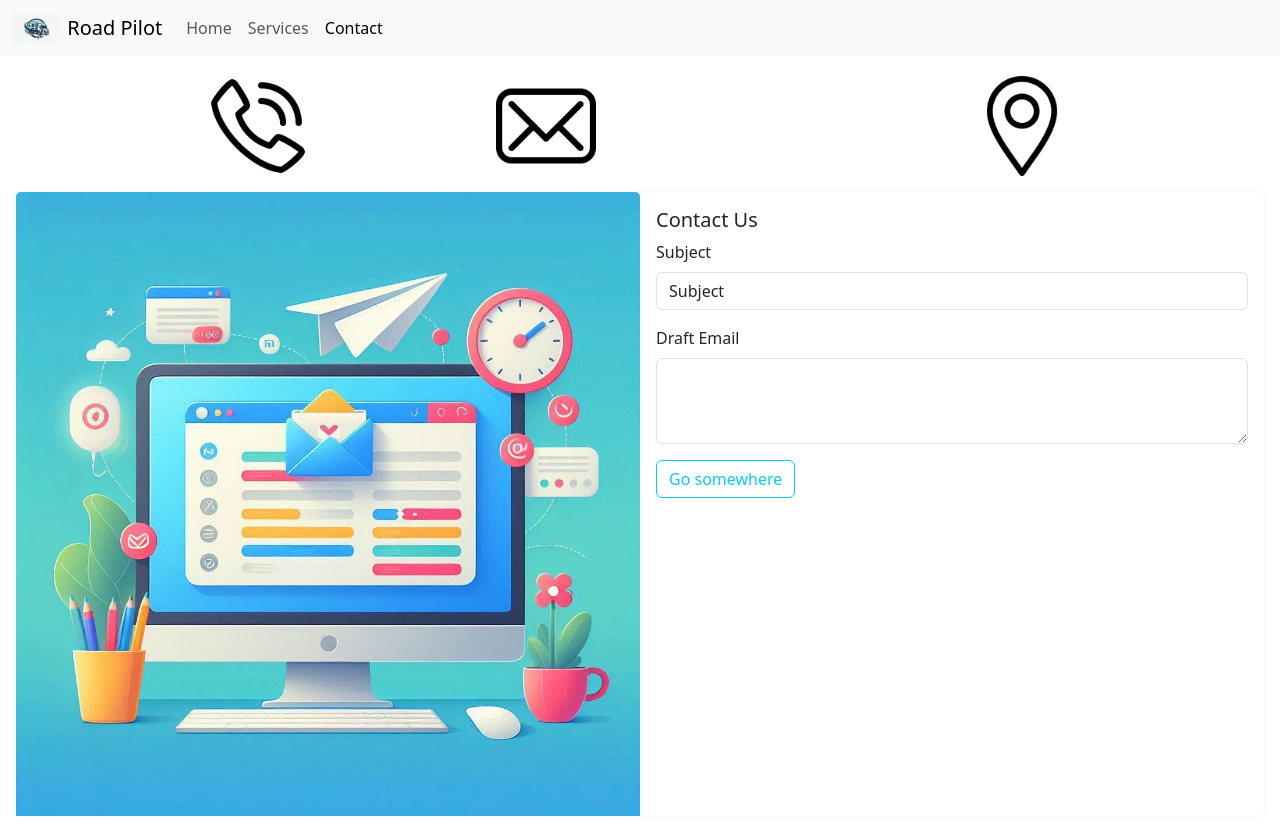
Repository: VictoriousMango/WebCreator
Page: pages/contact.html
The author's editor kept a copy of each file at every save. The page is drawn from the files as they stood at one save, then again after a run of saves.
The browser window is 1280 px wide. The pictures show the whole page.

Above is the page before, as saved 2024-11-09 13:15:57.

After the next 3 saves:
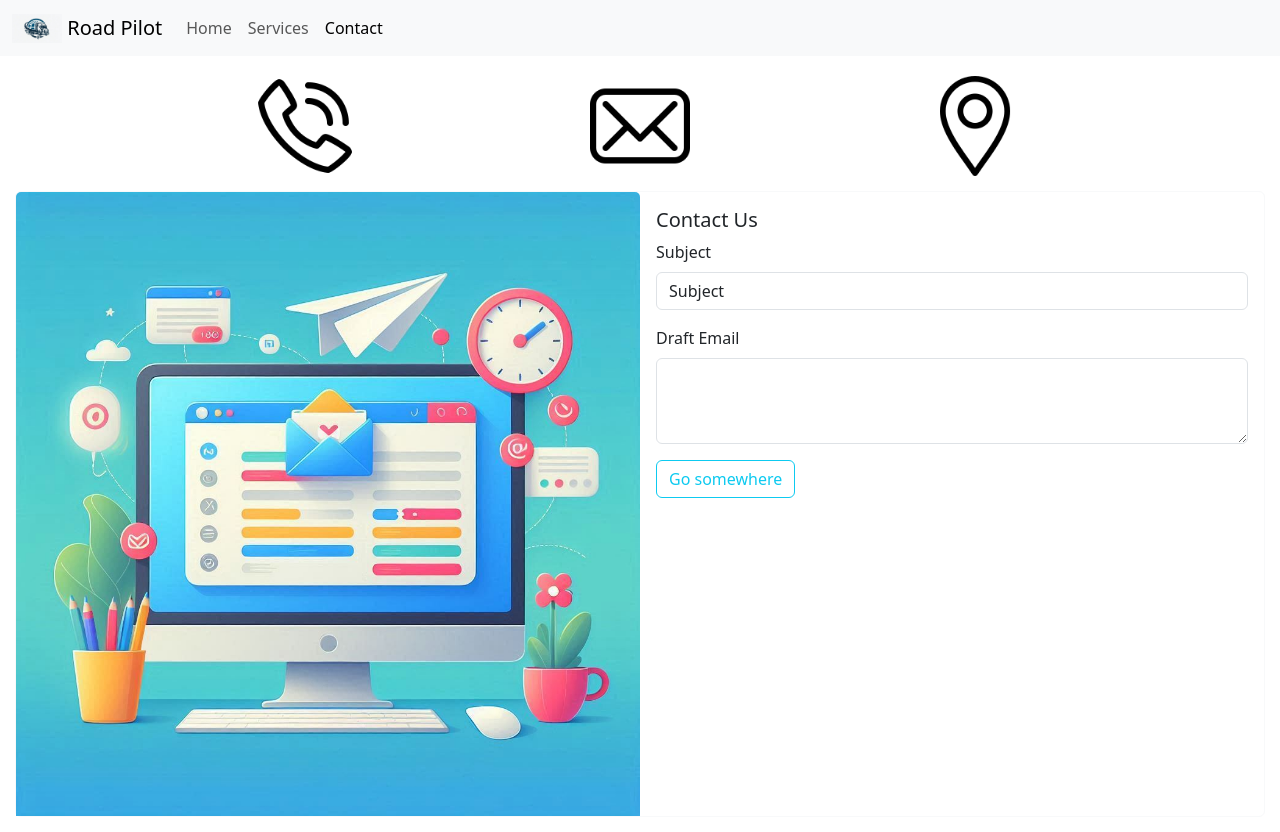
The 3 saves are shown as one change because they came seconds apart.
The last was saved 10 s later.
--- a/pages/contact.html
+++ b/pages/contact.html
@@ -51,11 +51,8 @@
                 <img class="contact__linksIMG" src="../assets/images/contact__email.png" alt="">
              </div>
              <div class="contact__link">
-
+                <img class="contact__linksIMG" src="../assets/images/contact__location.png" alt="">
              </div>
-
-
-            <img class="contact__linksIMG" src="../assets/images/contact__location.png" alt="">
         </div>
         <!-- Dic for Sending Mails -->
         <div class="card border-light">
